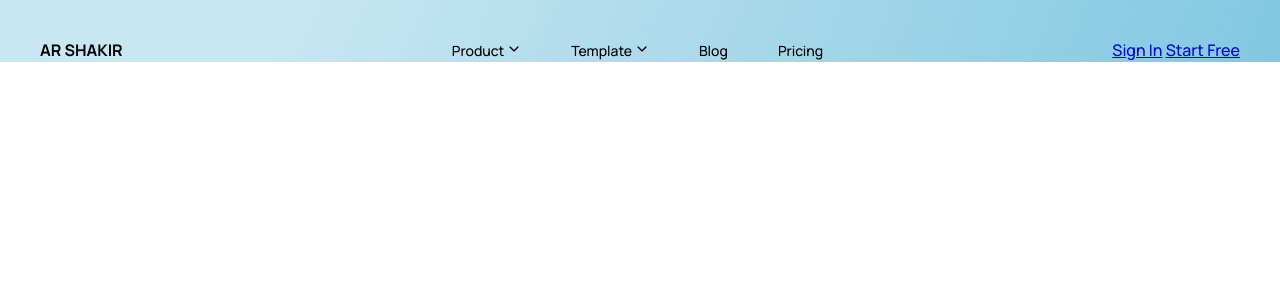
Repository: duongdori/ARShakir
Page: index.html
These files come from the project's save history. The page is drawn as it stood at one moment and after the next save; the edit follows.
The browser window is 1280 px wide. The pictures show the whole page.

Above is the page before, as saved 2022-04-01 22:23:17.

After the next save:
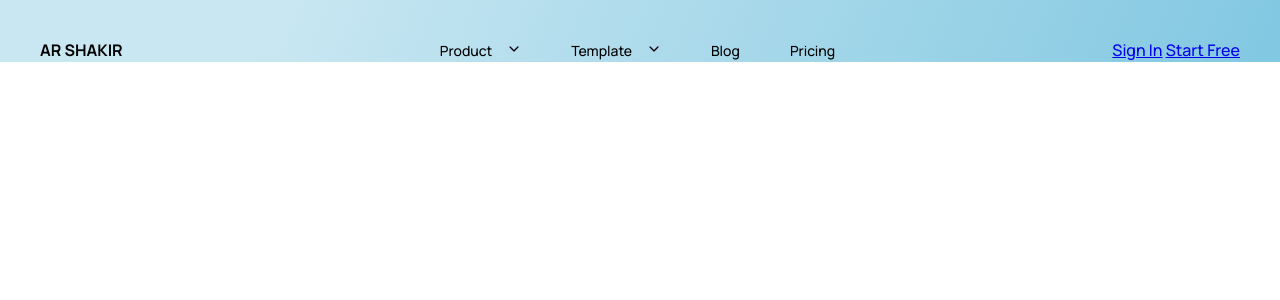
Saved 24 s later.
--- a/assets/css/main.css
+++ b/assets/css/main.css
@@ -90,7 +90,7 @@ body {
 }
 
 .header-menu-item-icon {
-
+    margin-left: 12px;
 }
 
 .header-login{
